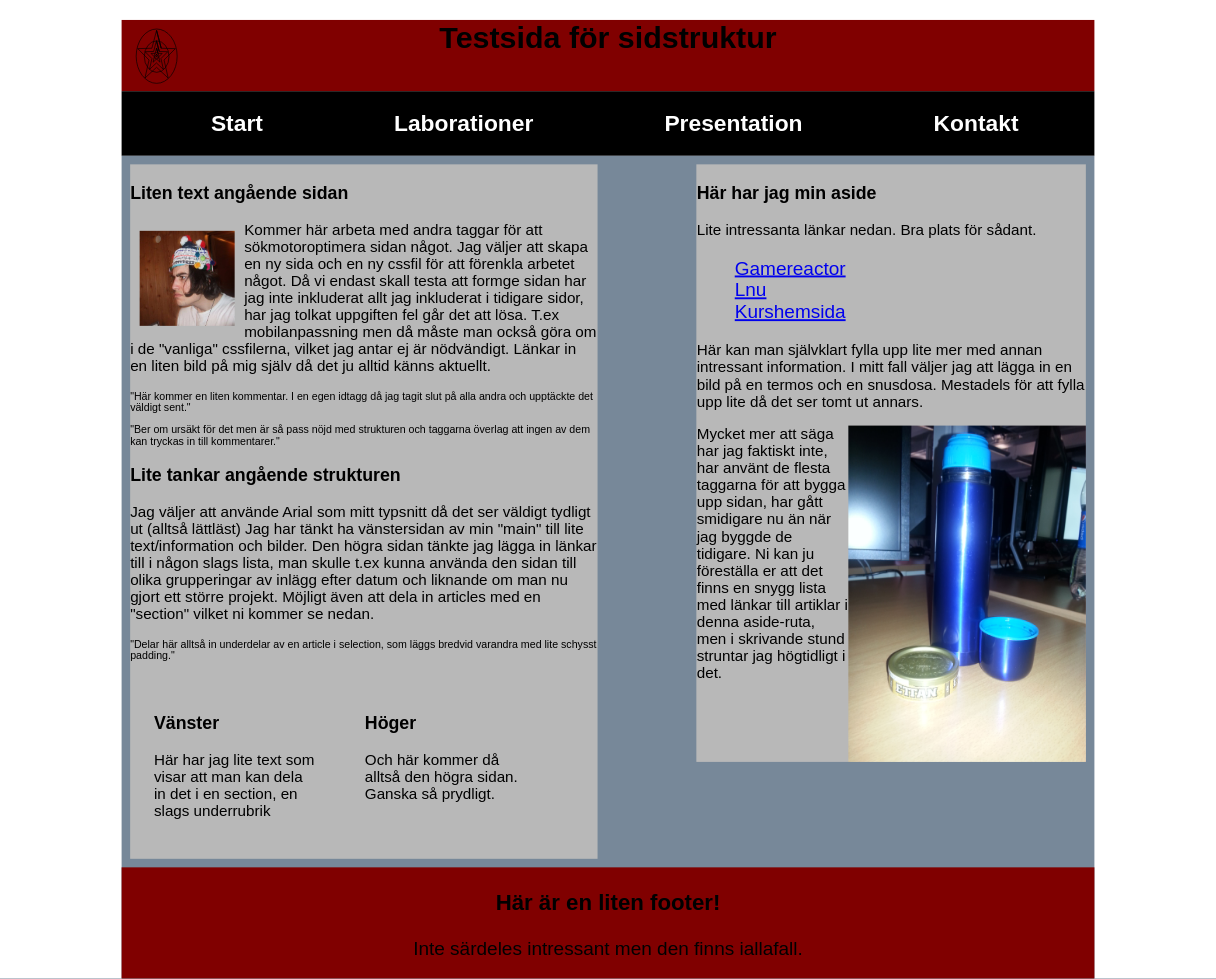
Repository: ao222qc/1IK415_ao222qc_copycat
Page: pages/testsida.html
The author's editor kept a record of every edit. The page is drawn from the files as they stood at one moment, then again after the next edit.
The browser window is 1280 px wide. The pictures show the whole page, at 95% of full size.

Above is the page before.

After the next edit:
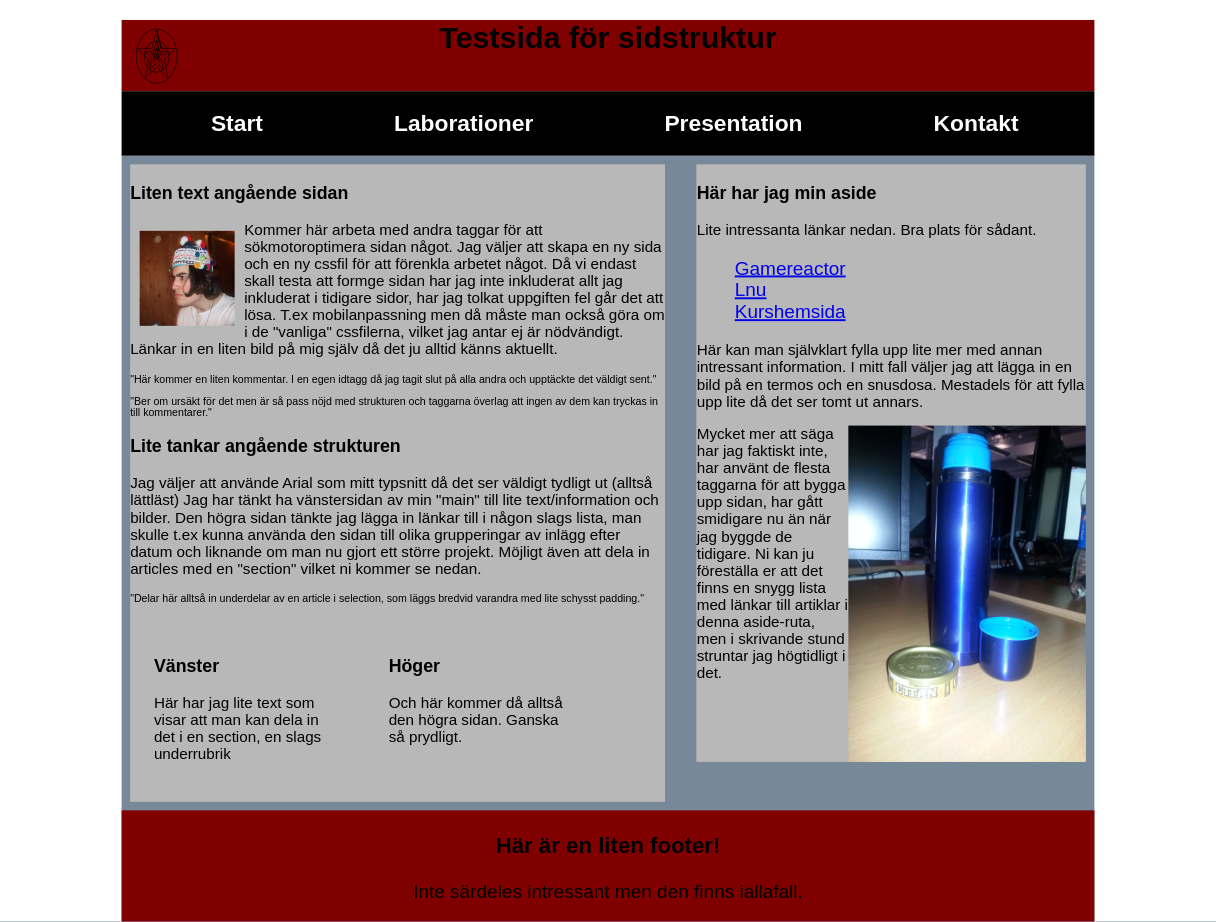
The edit:
--- a/pics/css/testsida.css
+++ b/pics/css/testsida.css
@@ -61,7 +61,7 @@
 Article
 {
     float:left;
-    width:48%;
+    width:55%;
     height:auto;
     background-color:#B8B8B8 ;
     margin-left:9px;
